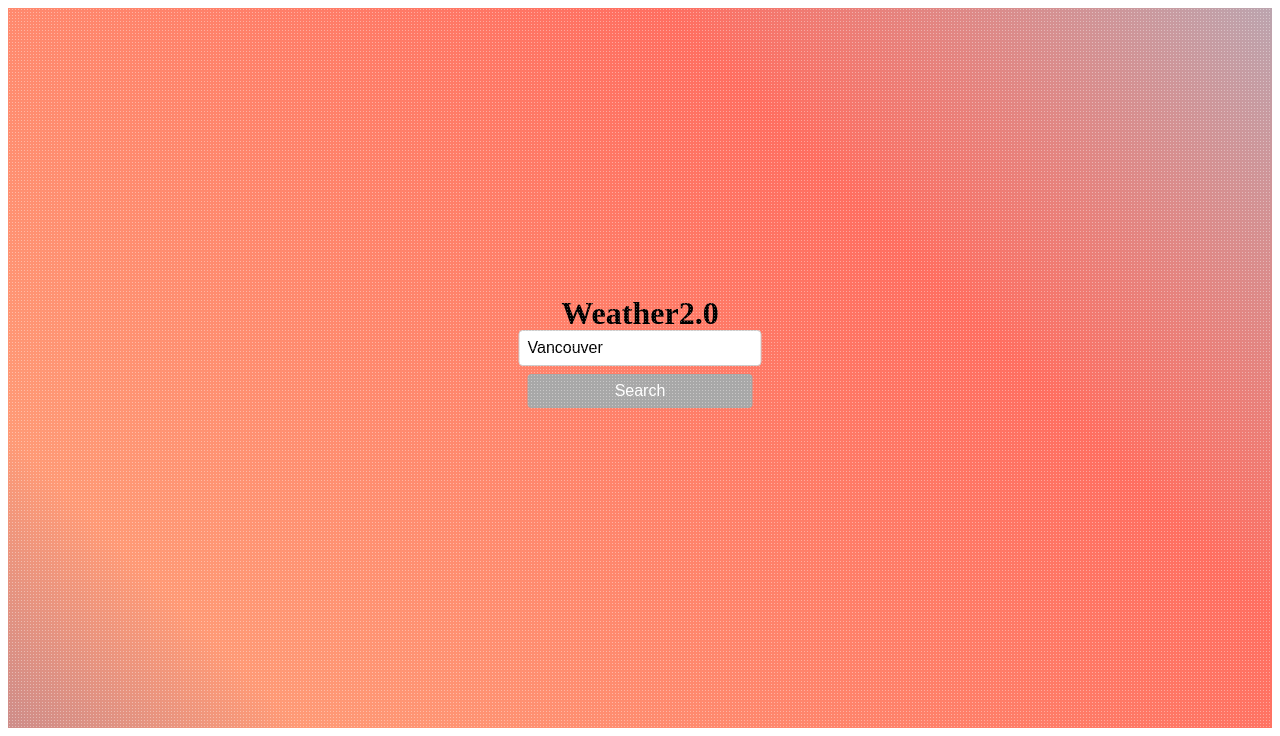
Repository: schwendyjr/COMP3170-Project
Page: /
The author's editor kept a copy of each file at every save. The page is drawn from the files as they stood at one save, then again after the next save.
The browser window is 1280 px wide. The pictures show the whole page.
The page's requests for data from a server got no answer. The project was rebuilt for these pictures with package versions that can differ from the ones it lists, and the page was loaded fresh each time. The framework's server and built-in components were replaced by stand-ins that run in the browser. No one was signed in, and anything a server would have sent is missing. Also part of the build but not shown: utils/formatDate.js, components/WeatherCardItem.js, components/Forecast.js.

Above is the page before, as saved 2024-12-03 21:01:18.

After the next save:
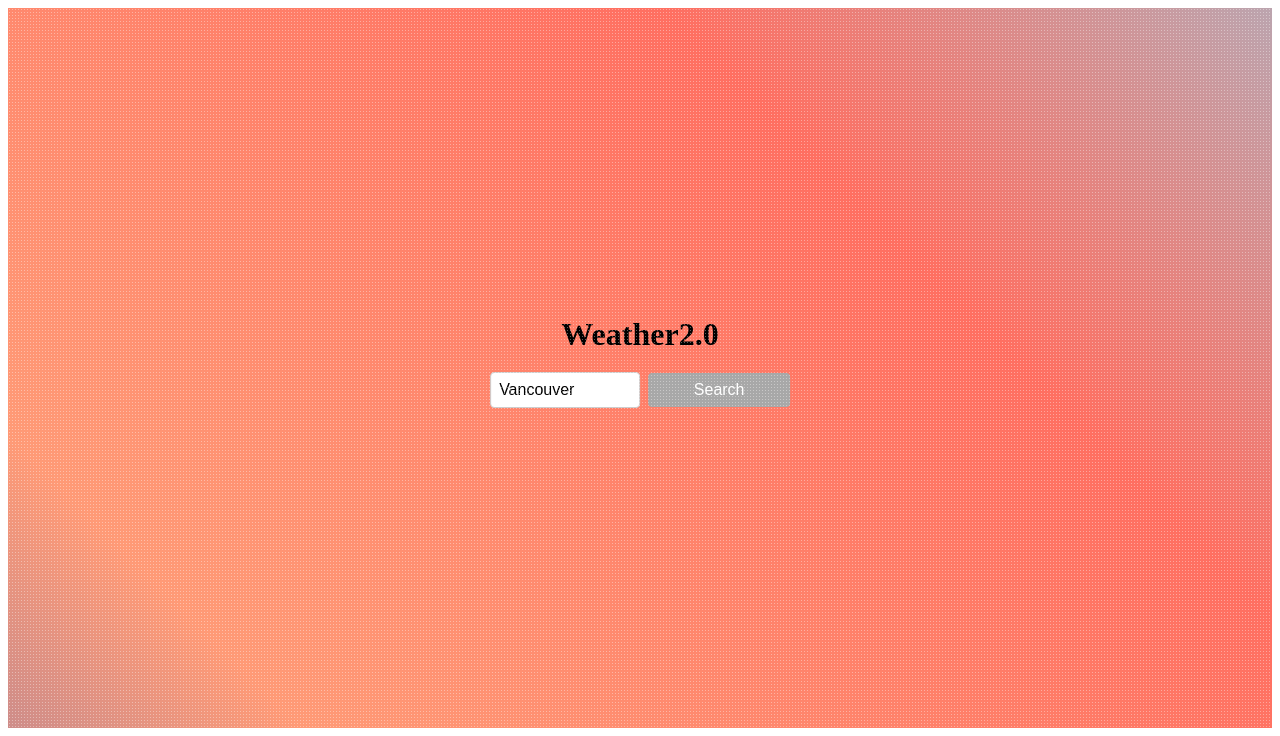
Saved 15 s later.
--- a/styles/Home.module.css
+++ b/styles/Home.module.css
@@ -121,7 +121,6 @@ pointer-events: none;
 
 .searchForm {
   display: flex;
-  flex-direction: column;
   gap: 0.5rem;
   margin: 1rem 0;
   align-items: center;
